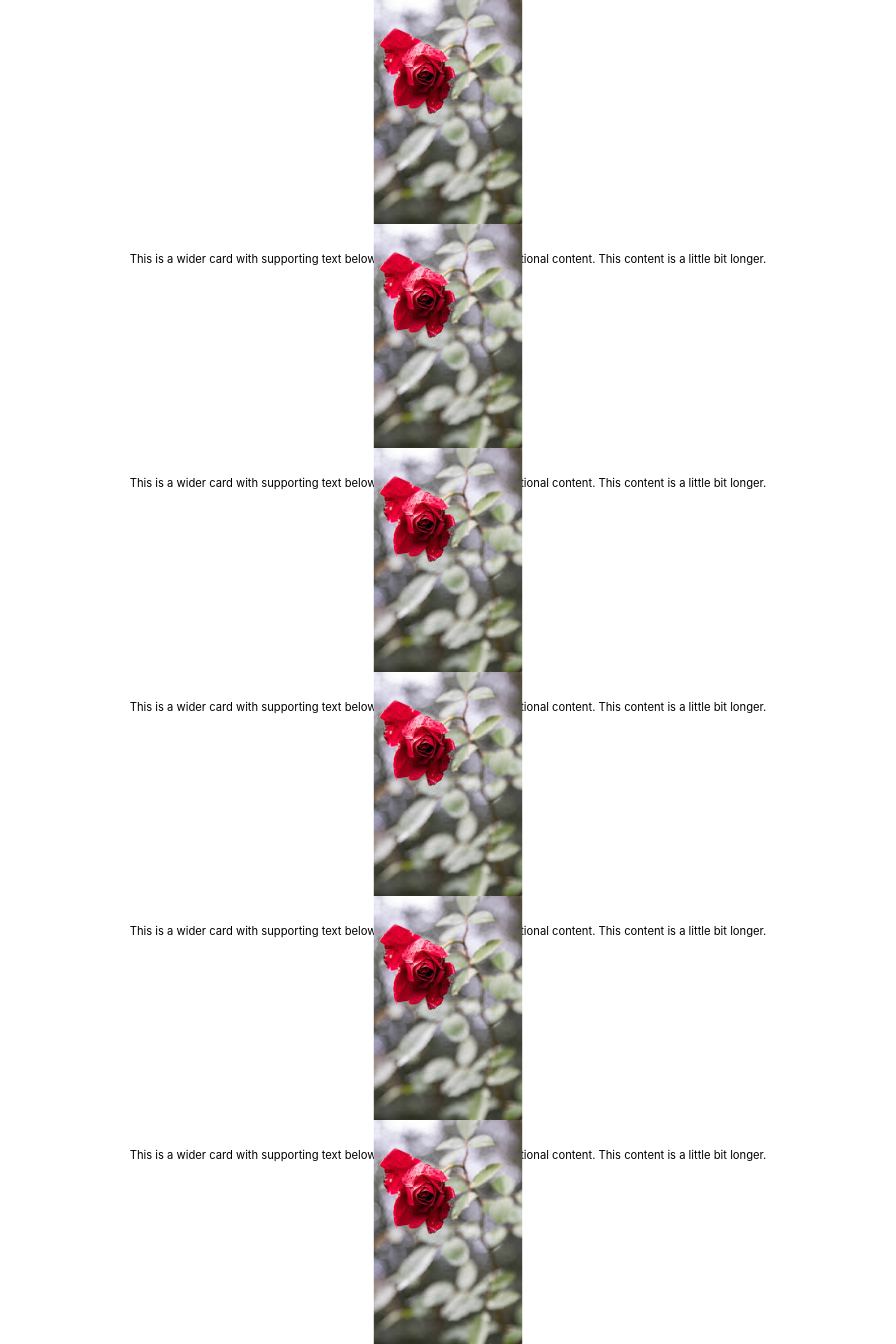
Repository: vakharia5/Preview
Page: /
These files come from the project's save history. The page is drawn as it stood at one moment and after the next save; the edit follows.
The browser window is 1280 px wide. The pictures show the part of the page from y = 0 to 1920 px (the page is 2620 px tall before and 2584 px after), at 70% of full size.
The project was rebuilt for these pictures with package versions that can differ from the ones it lists, and the page was loaded fresh each time.

Above is the page before, as saved 2020-06-22 14:28:38.

After the next save:
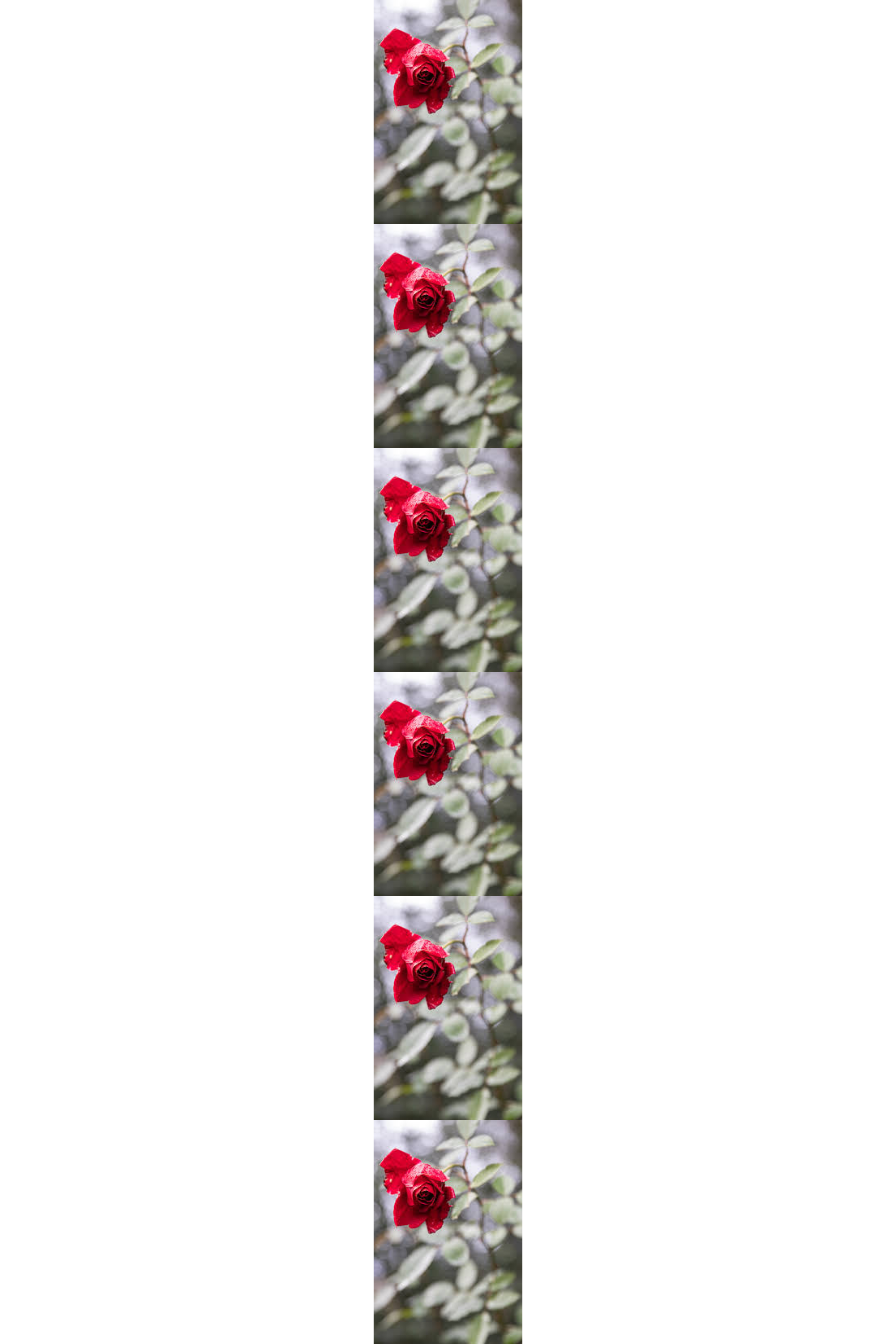
Saved 37 s later.
--- a/src/components/CardList.js
+++ b/src/components/CardList.js
@@ -9,21 +9,19 @@ class CardList extends Component {
    <div>
    <Container>
    <Row sm={1} md={2} lg={4}>
-{/* { Data.map( */}
 {console.log(Data)}
-{ Data.map(Data => <Card  border="secondary" style={{ height : '20rem'}}>
+{ Data.map(data => <Card  border="secondary" style={{ height : '20rem'}}>
   <Card.Img src={img} alt="Card image" style={{ height : '20rem'}} />
   <Card.ImgOverlay>
     <Card.Title>Card title</Card.Title>
     <Card.Text>
-    This is a wider card with supporting text below as a natural lead-in to
-      additional content. This content is a little bit longer.
+
     </Card.Text>
   </Card.ImgOverlay>
 </Card>)
 
 }
-{/* )} */}
+
 
  {/* <Card  border="secondary" style={{height : '20rem'}}>
   <Card.Img src={img} alt="Card image" style={{height : '20rem'}} />
